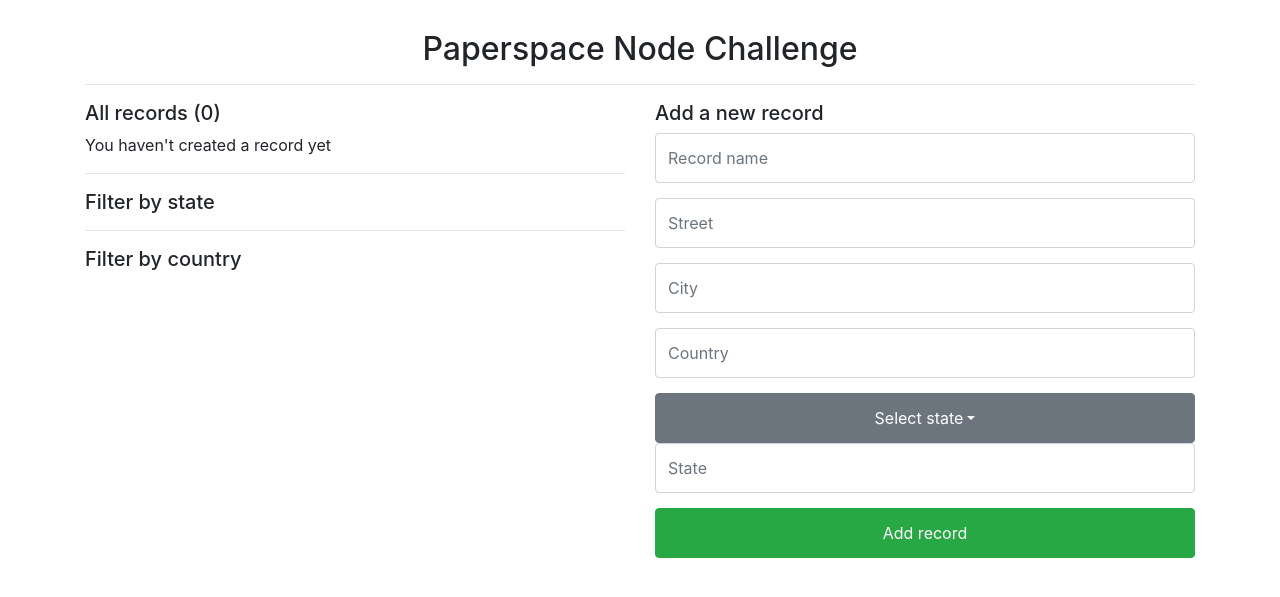
Repository: demesvardestin/paperspace-node
Page: views/index.pug
The author's editor kept a record of every edit. The page is drawn from the files as they stood at one moment, then again after the next edit.
The browser window is 1280 px wide. The pictures show the whole page.
The page is served by the project's Node server (server.js). The template is opened directly, without the code that normally fills it, so the values that code supplies are empty.

Above is the page before.

After the next edit:
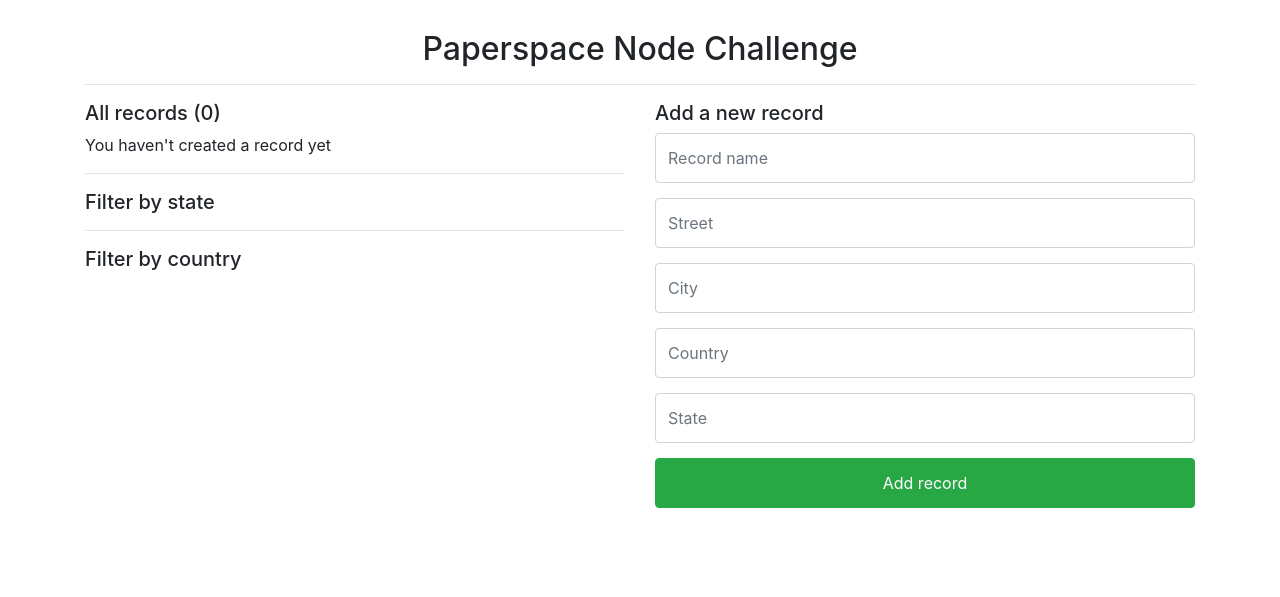
The edit:
--- a/views/index.pug
+++ b/views/index.pug
@@ -117,23 +117,6 @@
                     div(
                         class='field'
                     )
-                        div(
-                            class="dropdown"
-                            style="width: 100%;"
-                        )
-                            button(
-                                class="btn btn-secondary btn-block dropdown-toggle"
-                                type="button"
-                                id="dropdownMenuButton"
-                                data-toggle="dropdown"
-                                aria-haspopup="true"
-                                aria-expanded="false"
-                            ) Select state
-                            div(
-                                class="dropdown-menu"
-                                id="state-suggestions"
-                                aria-labelledby="dropdownMenuButton"
-                            )
                         input(
                             type='text'
                             class='form-control'
